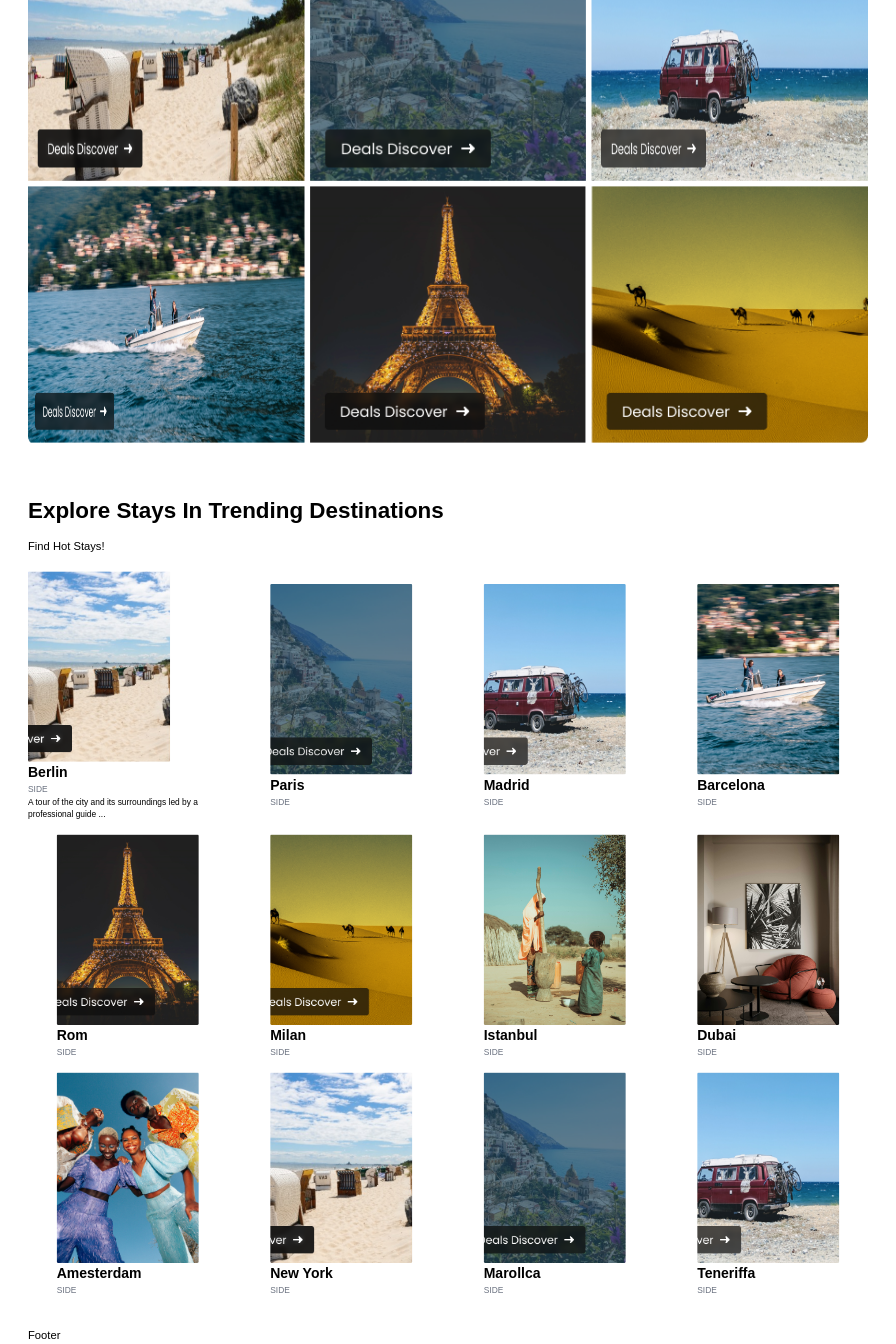
Repository: Quynhhuong150322/DIKO_STUDY_TRAVEL_WEB
Page: /
An editor plug-in stored every save of this project. The page is shown before and after the next save, followed by the edit.
The browser window is 1280 px wide. The pictures show the part of the page from y = 876 to 2796 px (the page is 2796 px tall), at 70% of full size.
The project was rebuilt for these pictures with package versions that can differ from the ones it lists, and the page was loaded fresh each time. Also part of the build but not shown: src/components/Login.js, src/components/Register.js. Imported but missing from the stored project, and not drawn on this page: src/redux/slices/authSlice.

Above is the page before, as saved 2024-02-23 11:21:46.

After the next save:
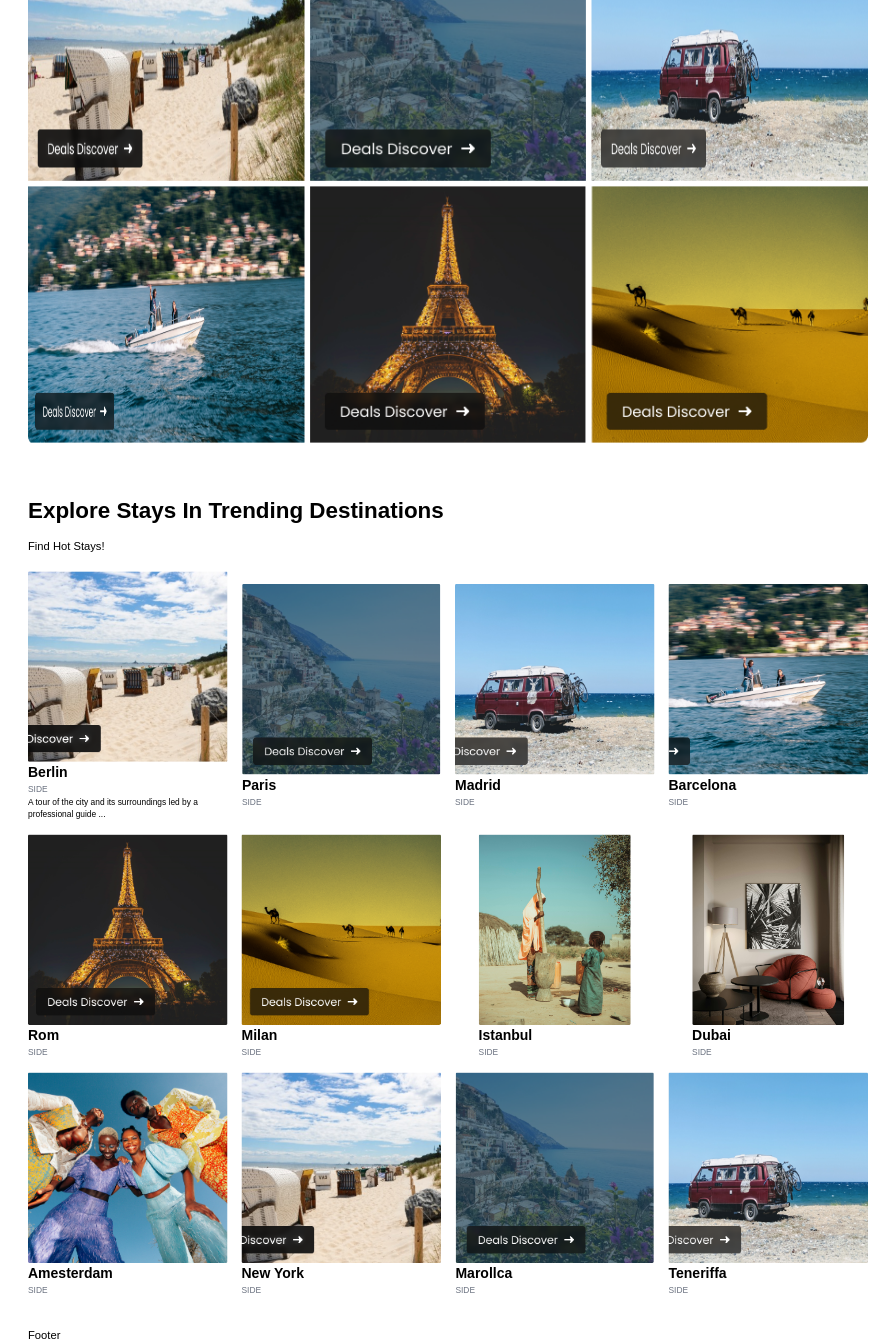
Saved 2 min 8 s later.
--- a/src/pages/LangdingPage/Langding.js
+++ b/src/pages/LangdingPage/Langding.js
@@ -245,7 +245,7 @@ const Langding = () => {
           {
             ListCard.map((data) => (
               <div className=''>
-                <img src={data.img} alt="" className='h-[272px] w-[203px] object-cover rounded-sm' />
+                <img src={data.img} alt="" className='h-[272px] w-full object-cover rounded-sm' />
                 <div className=''>
                   <p className='text-xl font-semibold'>{data.location}</p>
                   <p className='text-sm text-gray-500'>{data.side}</p>
